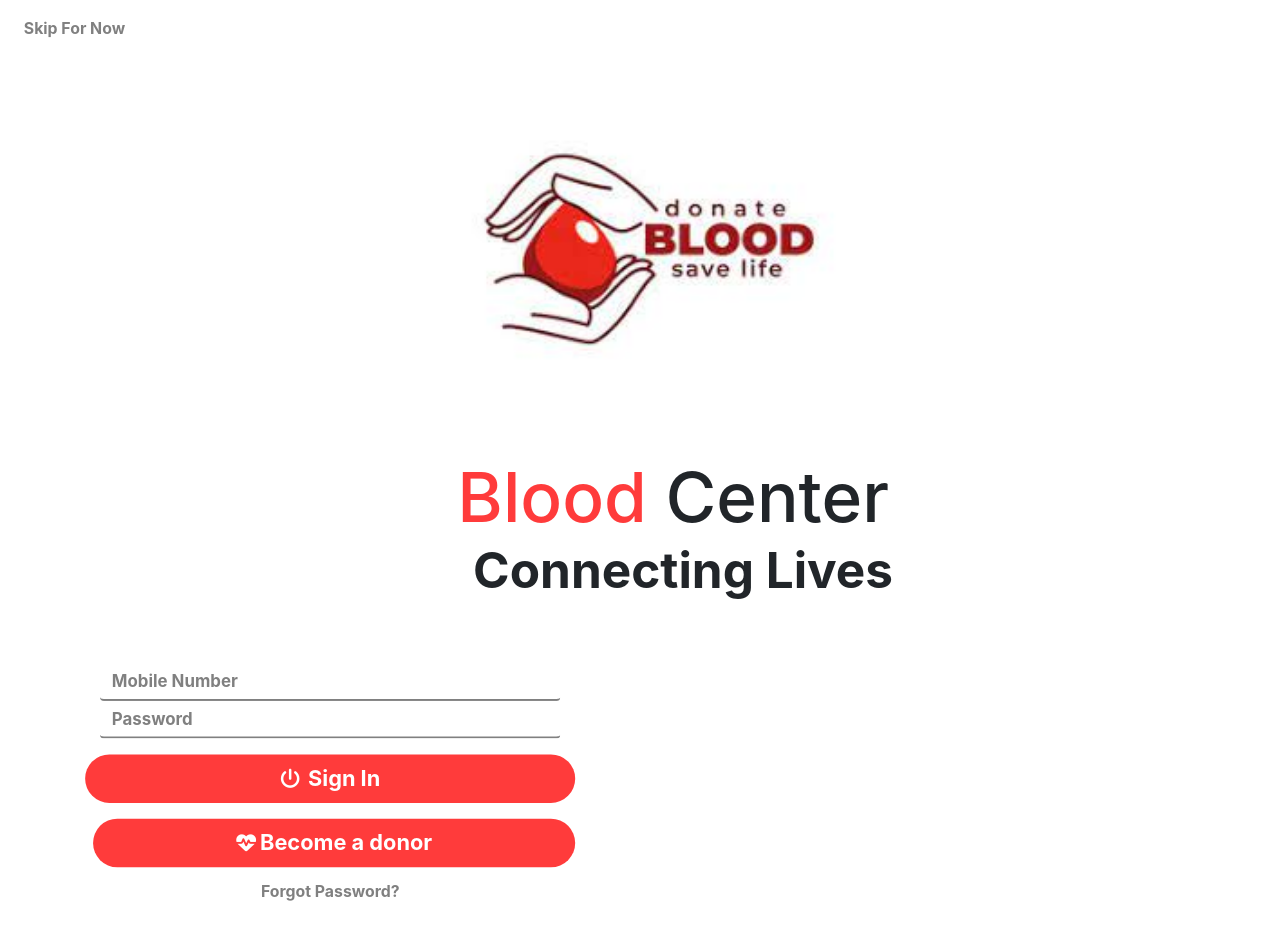
Repository: syedali042/jbds
Page: /
The author's editor kept a copy of each file at every save. The page is drawn from the files as they stood at one save, then again after a run of saves.
The browser window is 1280 px wide. The page is 1296 px wide, then 1288 px, so the pictures cover 1296 px, including what lies to the right of the window. The pictures show the whole page, at 99% of full size.
Some web libraries are served in a nearby version. The project was rebuilt for these pictures with package versions that can differ from the ones it lists, and the page was loaded fresh each time. Also part of the build but not shown: src/components/Header.js, src/components/About.js, src/components/Register.js, src/components/Header2.js, src/components/Home.js, src/components/Header4.js, src/components/Request.js, src/components/Header3.js and 1 more.

Above is the page before, as saved 2021-11-09 20:48:14.

After the next 3 saves:
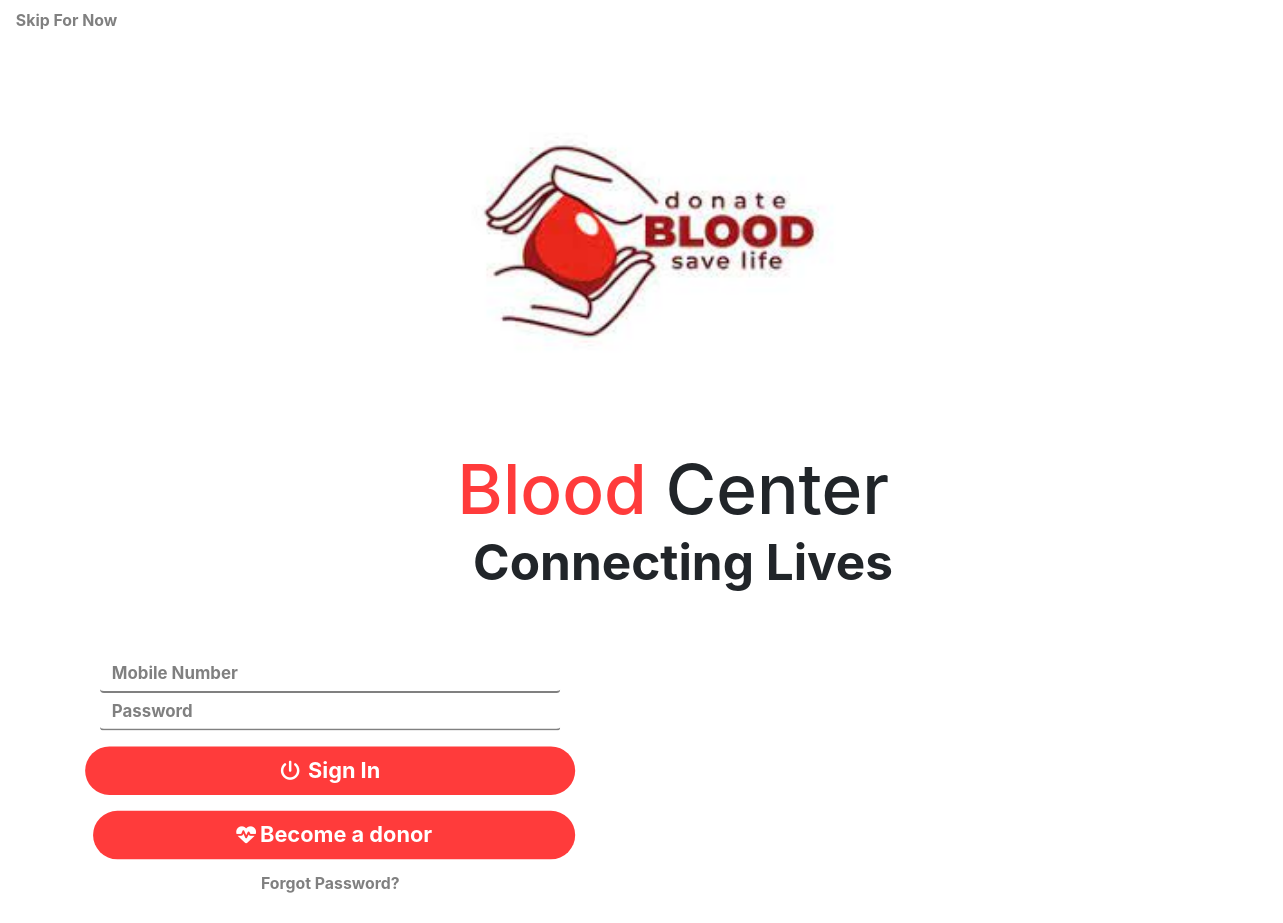
The 3 saves are shown as one change because they came seconds apart.
The last was saved 14 s later.
--- a/src/components/Login.js
+++ b/src/components/Login.js
@@ -5,7 +5,7 @@ import {Formik} from 'formik';
 function Login() {
     return (
         <>
-        <div className="w-100 ml-3 mt-3">
+        <div className="w-100 ml-2 mt-2">
             <a href="/home" className="text-decoration-none forgot p-2">Skip For Now</a>
         </div>
         <div className="container">
